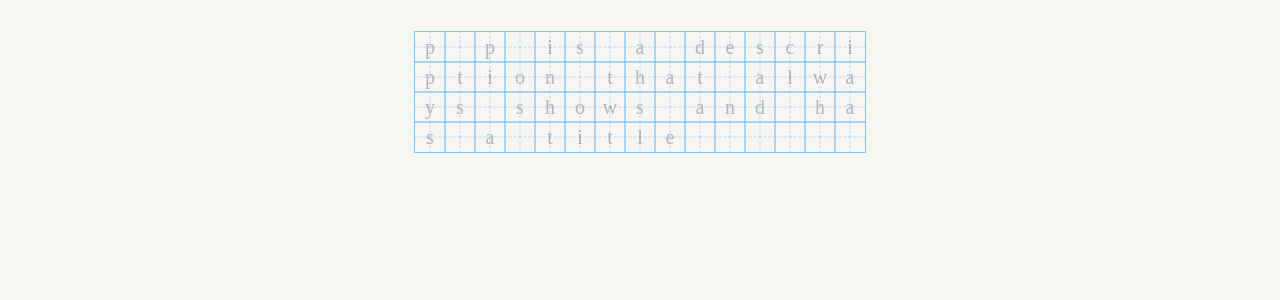
Repository: pyrcl090/p-p
Page: index.html
The author's editor kept a copy of each file at every save. The page is drawn from the files as they stood at one save, then again after the next save.
The browser window is 1280 px wide. The pictures show the whole page.
The page's requests for data from a server got no answer. Some web fonts or font styles are not loaded; a fallback is used.

Above is the page before, as saved 2025-04-19 23:34:23.

### index.html
<!DOCTYPE html>
<html lang="en">
<head>
    <meta charset="UTF-8">
    <meta name="viewport" content="width=device-width, initial-scale=1.0">
    <title>P</title>
    <link rel="stylesheet" href="style.css">
</head>
<body>

    <div class="grid-wrapper">
        <div class="grid-border" id="grid-border">
          <!-- JavaScript will populate .grid-item elements here -->
        </div>
      </div>

        <!-- <div class="grid-wrapper">
          <div class="grid-container"></div>
          <div class="overlay-grid"></div>
        </div> -->

        <script src="script.js" async defer></script>
</body>
</html>

### style.css
@font-face {
  font-family: 'HMP';
  src: url("./assets/hiragino-maru-gothic-pron-w4.otf") format("truetype");
}

a {
  color: rgb(167, 151, 0);
  opacity: .5;
}

html, body {
  background-color: rgb(247, 246, 242);
  margin: 0;
  padding: 0;
  font-family: 'HMP';
}

body {

}

.grid-wrapper {
  padding: 2em;
  display: flex;
  justify-content: flex-start;
  align-items: center;
  flex-direction: column;
  width: 100%;
  min-height: 100vh;
  box-sizing: border-box;
}

.grid-border {
  display: flex;
  flex-direction: column;
  align-items: center;
  gap: 2em;
}

/* Inner container holding grid + overlay */
.grid-wrapper-inner {
  position: relative;
  display: inline-block;
  line-height: 0;
}

/* Grid background */
.grid-columns-rows {
  display: grid;
  grid-template-columns: repeat(15, 30px);
  grid-auto-rows: 30px;
  gap: 0;
  outline: 1px solid rgb(88, 181, 253);
  pointer-events: none;
  z-index: 1;
}

/* Each subcell (quad layout) */
.grid-columns-rows .grid-item {
  display: grid;
  grid-template-columns: repeat(2, 1fr);
  grid-template-rows: repeat(2, 1fr);
  width: 30px;
  height: 30px;
  outline: 0.5px solid rgb(88, 181, 253);
  opacity: 0.6;
}

.sub-cell {
  outline: 0.15px dashed rgb(88, 181, 253);
  opacity: 0.4;
  width: 100%;
  height: 100%;
}

/* Overlaid text */
.grid-content {
  display: grid;
  grid-template-columns: repeat(15, 30px);
  grid-auto-rows: 30px;
  gap: 0;
  position: absolute;
  top: 0;
  left: 0;
  z-index: 2;
}

.overlay-item {
  width: 30px;
  height: 30px;
  font-size: 20px;
  text-align: center;
  display: flex;
  justify-content: center;
  align-items: center;
  font-family: 'HMP';
  color: rgba(113, 113, 113, 0.6);
  line-height: 1;
  white-space: nowrap;
  pointer-events: auto;
}

.grid-image {
  width: 100%;  /* Ensure it fills the available width of the wrapper */
  display: block;  /* Block display to avoid inline issues */
  object-fit: contain;  /* Maintain aspect ratio and fit within the container */
  max-height: calc(30px * 10);  /* Ensure the image doesn't exceed the height of 5 rows */
  margin: 0; /* Remove any default margin */
  opacity: .8;
}

.grid-image-wrapper {
  display: flex;  /* Flexbox enables easy alignment of the image */
  justify-content: center;  /* Default alignment to center, you can change it via JS */
  align-items: center;  /* Vertically center the image */
  width: 100%;  /* Make sure it spans the full width of the grid column */
  height: calc(30px * 5);  /* Ensure it takes up exactly 5 rows in height */
}

.grid-item {
  display: flex;
  flex-direction: column;
  width: fit-content;
  opacity: .8;
}

.grid-item.channel-name {
  cursor: pointer;
}

.grid-item.channel-content {
  display: none;
}
/* .content-separator {
  grid-column: span 15;
  height: 30px;
} */

### script.js
const channels = [
  'p-pp-vz1bkeezvp0',
  'read-re_d-rode',
  'putaiinnnnn'
];

const menuItems = [
  {
    title: 'p p',
    content: 'is a description that always shows and has a title'
  }
];

const gridBorder = document.getElementById('grid-border');
const cols = 15;
const cellSize = 30;
let currentlyOpenId = null;
const loadedChannels = new Set();

function createGridStructure(numItems) {
  const grid = document.createElement('div');
  grid.className = 'grid-columns-rows';
  const rows = Math.ceil(numItems / cols);
  const totalCells = rows * cols;

  for (let i = 0; i < totalCells; i++) {
    const cell = document.createElement('div');
    cell.className = 'grid-item';

    for (let j = 0; j < 4; j++) {
      const sub = document.createElement('div');
      sub.className = 'sub-cell';
      cell.appendChild(sub);
    }

    grid.appendChild(cell);
  }

  return grid;
}

function createOverlayItem(char, isLink = false, href = '') {
  const div = document.createElement('div');
  div.className = 'overlay-item';

  if (isLink) {
    const a = document.createElement('a');
    a.href = href;
    a.target = '_blank';
    a.textContent = char;
    a.style.textDecoration = 'none';
    a.style.color = 'inherit';
    div.appendChild(a);
  } else {
    div.textContent = char;
  }

  return div;
}

function addTextBlock(text, container) {
  for (const char of text) {
    const div = createOverlayItem(char);
    container.appendChild(div);
  }

  const remainder = text.length % cols;
  if (remainder !== 0) {
    for (let i = 0; i < cols - remainder; i++) {
      container.appendChild(document.createElement('div'));
    }
  }
}

// ✅ New function to fetch all blocks across pages
async function fetchAllBlocks(slug) {
  let page = 1;
  let blocks = [];
  let hasMore = true;

  while (hasMore) {
    const res = await fetch(`https://api.are.na/v2/channels/${slug}?per=100&page=${page}`);
    const data = await res.json();
    blocks = blocks.concat(data.contents);
    hasMore = data.contents.length === 100;
    page++;
  }

  console.log(`Fetched ${blocks.length} blocks from channel: ${slug}`);
  return blocks;
}

async function fillChannelContent(contentEl, slug) {
  console.log('Filling channel content:', slug);

  try {
    const [channelMeta, blocks] = await Promise.all([
      fetch(`https://api.are.na/v2/channels/${slug}?per=1`).then(res => res.json()),
      fetchAllBlocks(slug)
    ]);

    let totalCells = 0;

    // ✅ Add channel description first (if any)
    if (channelMeta.metadata?.description) {
      console.log(`Channel description: ${channelMeta.metadata.description}`);
      addTextBlock(channelMeta.metadata.description, contentEl);
      totalCells += channelMeta.metadata.description.length;
      totalCells += (cols - (channelMeta.metadata.description.length % cols)) % cols;
    }

    for (const block of blocks) {
      console.log(`Block class: ${block.class}`, block);

      if (block.image?.display?.url) {
        const img = document.createElement('img');
        img.src = block.image.display.url;
        img.className = 'grid-image';

        const colSpan = 15;
        const rowSpan = 10;

        img.style.gridColumn = `span ${colSpan}`;
        img.style.gridRow = `span ${rowSpan}`;
        img.style.justifySelf = Math.random() > 0.5 ? 'flex-start' : 'flex-end';

        contentEl.appendChild(img);
        totalCells += colSpan * rowSpan;
      }

      if (block.file?.url) {
        const fileLink = document.createElement('a');
        fileLink.href = block.file.url;
        fileLink.target = '_blank';
        fileLink.textContent = `View file: ${block.file.name || 'Document'}`;
        contentEl.appendChild(fileLink);
        contentEl.appendChild(document.createElement('br'));

        totalCells += 2;
      }

      const text = block.content || block.title || block.body || '';
      if (text) {
        addTextBlock(text, contentEl);
        totalCells += text.length;
        totalCells += (cols - (text.length % cols)) % cols;
      }
    }

    const rowsNeeded = Math.ceil(totalCells / cols);
    const totalCellsNeeded = rowsNeeded * cols;
    console.log(`Total cells needed: ${totalCellsNeeded}`);

    const wrapper = contentEl.closest('.grid-wrapper-inner');
    const oldGrid = wrapper.querySelector('.grid-columns-rows');
    if (oldGrid) oldGrid.remove();

    const newGrid = createGridStructure(totalCellsNeeded);
    wrapper.insertBefore(newGrid, contentEl);

    loadedChannels.add(slug);
    console.log(`Finished rendering content for: ${slug}`);
  } catch (error) {
    console.error(`Error filling content for ${slug}:`, error);
  }
}

function toggleContent(id, slug) {
  const contentWrapper = document.getElementById(id);
  const contentItem = contentWrapper.closest('.channel-content');

  if (currentlyOpenId && currentlyOpenId !== id) {
    const prevWrapper = document.getElementById(currentlyOpenId);
    const prevItem = prevWrapper?.closest('.channel-content');
    if (prevItem) prevItem.style.display = 'none';
  }

  const isOpen = contentItem.style.display === 'block';

  if (isOpen) {
    contentItem.style.display = 'none';
    currentlyOpenId = null;
  } else {
    contentItem.style.display = 'block';
    currentlyOpenId = id;

    if (!loadedChannels.has(slug)) {
      fillChannelContent(contentWrapper, slug);
    }
  }
}

function createChannelItem(channelData, index) {
  const slug = channelData.slug;
  const title = channelData.title || `Channel ${index + 1}`;
  const contentId = `channel-content-${index}`;

  const nameItem = document.createElement('div');
  nameItem.className = 'grid-item channel-name';

  const grid = createGridStructure(title.length);
  const content = document.createElement('div');
  content.className = 'grid-content';

  for (const char of title) {
    const item = createOverlayItem(char);
    item.style.cursor = 'pointer';
    item.addEventListener('click', () => toggleContent(contentId, slug));
    content.appendChild(item);
  }

  const wrapper = document.createElement('div');
  wrapper.className = 'grid-wrapper-inner';
  wrapper.appendChild(grid);
  wrapper.appendChild(content);
  nameItem.appendChild(wrapper);
  gridBorder.appendChild(nameItem);

  const contentItem = document.createElement('div');
  contentItem.className = 'grid-item channel-content';
  contentItem.style.display = 'none';

  const contentGrid = createGridStructure(200); // Initial placeholder
  const contentOverlay = document.createElement('div');
  contentOverlay.className = 'grid-content';
  contentOverlay.id = contentId;

  const contentWrapper = document.createElement('div');
  contentWrapper.className = 'grid-wrapper-inner';
  contentWrapper.appendChild(contentGrid);
  contentWrapper.appendChild(contentOverlay);

  contentItem.appendChild(contentWrapper);
  gridBorder.appendChild(contentItem);
}

// ✅ Renders the always-visible menu with title and content
function renderMenu() {
  menuItems.forEach((menuData, index) => {
    const text = `${menuData.title}\n${menuData.content}`;
    const textLength = text.length;

    const menuItem = document.createElement('div');
    menuItem.className = 'grid-item channel-content';
    menuItem.style.display = 'block';

    const menuGrid = createGridStructure(textLength);
    const menuContent = document.createElement('div');
    menuContent.className = 'grid-content';

    addTextBlock(text, menuContent);

    const menuWrapper = document.createElement('div');
    menuWrapper.className = 'grid-wrapper-inner';
    menuWrapper.appendChild(menuGrid);
    menuWrapper.appendChild(menuContent);

    menuItem.appendChild(menuWrapper);
    gridBorder.appendChild(menuItem);
  });
}

// ✅ Initialize menu and channels
renderMenu();

channels.forEach((slug, index) => {
  fetch(`https://api.are.na/v2/channels/${slug}?per=1`)
    .then(res => res.json())
    .then(data => {
      data.slug = slug;
      createChannelItem(data, index);
    });
});

After the next save:
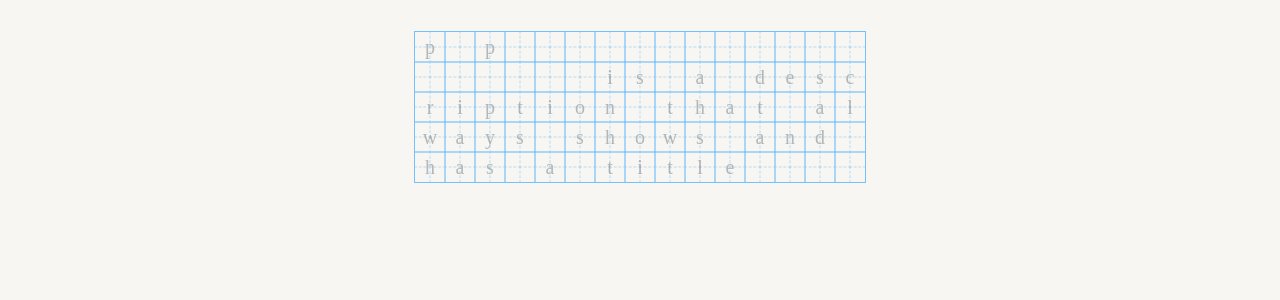
Saved 8 s later.
--- a/script.js
+++ b/script.js
@@ -7,7 +7,7 @@ const channels = [
 const menuItems = [
   {
     title: 'p p',
-    content: 'is a description that always shows and has a title'
+    content: '                 is a description that always shows and has a title'
   }
 ];
 
